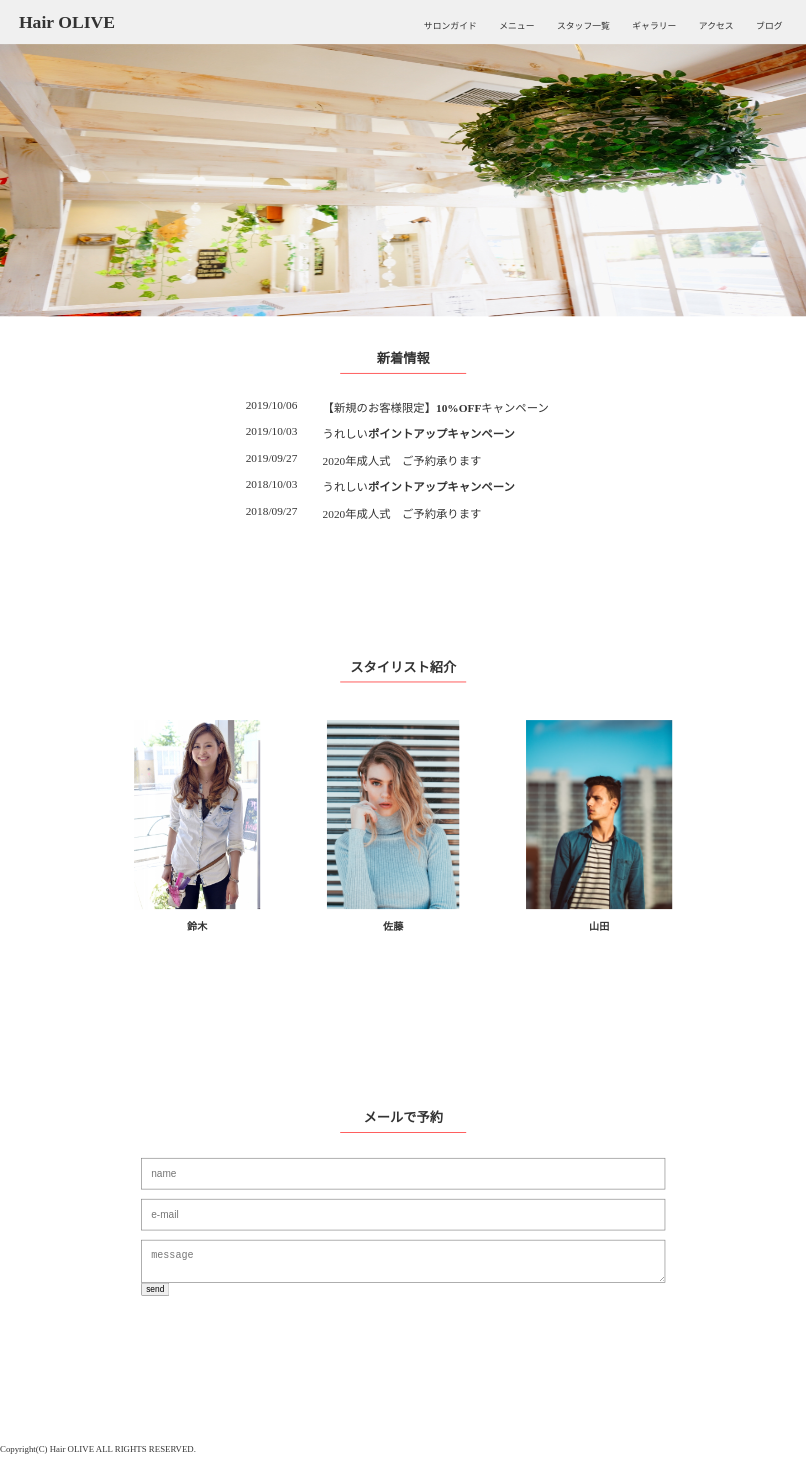
Repository: m-mao/firsa_app
Page: html_css/hair_olive/index.html
The author's editor kept a record of every edit. The page is drawn from the files as they stood at one moment, then again after the next edit.
The browser window is 1280 px wide. The pictures show the whole page, at 63% of full size.

Above is the page before.

### html_css/hair_olive/index.html
<!DOCTYPE HTML>
<html>
  <head>
    <meta charset="UTF-8">
    <link rel="stylesheet" href="style.css">
    <title>Hair OLIVE</title>
  </head>
  <body>
  <header>
      <div class="heading">
        <h1 class="title">Hair OLIVE</h1>
      </div>
      <div class="navbar">
        <ul class="nav-lists">
          <li>サロンガイド</li>
          <li>メニュー</li>
          <li>スタッフ一覧</li>
          <li>ギャラリー</li>
          <li>アクセス</li>
          <li>ブログ</li>
        </ul>
      </div>
  </header>

  <div class="contents">
      <div class="first-view">
        <img src="images/hero.jpg" alt="トップ画面" class="top-image"></img>
      </div>
      <div class="upper-content">
        <h2 class="heading-name">新着情報</h2>
        <ul class="messages">
          <li class="message">
            <div class="message-date">2019/10/06</div>
            <div>【新規のお客様限定】<b>10%OFF</b>キャンペーン</div>
          </li>
          <li class="message">
            <div class="message-date">2019/10/03</div>
            <div>うれしい<b>ポイントアップキャンペーン</b></div>
          </li>
          <li class="message">
            <div class="message-date">2019/09/27</div>
            <div>2020年成人式　ご予約承ります</div>
          </li>
          <li class="message">
            <div class="message-date">2018/10/03</div>
            <div>うれしい<b>ポイントアップキャンペーン</b></div>
          </li>
          <li class="message">
            <div class="message-date">2018/09/27</div>
            <div>2020年成人式　ご予約承ります</div>
          </li>
        </ul>
      </div>
      <div class="middle-content">
        <h2 class="heading-name">スタイリスト紹介</h2>
        <ul class="stylist-list">
          <li>
            <img src="images/staff1.jpg" alt="staff1" class=stylist-image>
            <h4 class="stylist-name">鈴木</h4>
          </li>
          <li>
            <img src="images/staff2.jpg" alt="staff2" class=stylist-image>
            <h4 class="stylist-name">佐藤</h4>
          </li>
          <li>
            <img src="images/staff3.jpg" alt="staff3" class=stylist-image>
            <h4 class="stylist-name">山田</h4>
          </li>
        </ul>
      </div>
      <div class="bottom-content">
        <form class="contact-form">
          <h2 class="heading-name">メールで予約</h2>
          <input type="text" placeholder="name" class="small-field">
          <input type="text" placeholder="e-mail" class="small-field">
          <textarea placeholder="message" class="large-field"></textarea>
          <input type="submit" value="send" class="send"/>
        </form>
        <!-- 『フォーム』を表示する -->
      </div>
    </div>
    <footer>
      <p>Copyright(C) Hair OLIVE ALL RIGHTS RESERVED.</p>
    </footer>
  </body>
</html>

### html_css/hair_olive/style.css
/* リセットCSS */
body {
  font-size: 14px;
  color: #333;
  margin: 0 auto;
}
h1,h2,h3,h4,h5,h6,p {
  padding: 10px 0;
  margin: 0;
}

ul,li {
  padding: 0;
  margin: 0;
}

/* ヘッダー */
header {
    height: 50px;
    background-color: #f0f0f0;
    padding: 10px 0;
    display: flex;
}

.heading {
    width: 50%;
    margin-left: 30px;
}

.navbar {
    width: 50%;
    padding: 20px;
}

.nav-lists {
    display: flex;
    justify-content: space-around;
}

li {
    list-style: none;
}

/* first-viewクラスからbottom-contentクラスまでの要素の親要素*/
.contents {
    background-color: white;
}

.first-view {
    height: 60vh;
    background-color: pink;
}

.top-image {
    height: 100%;
    width: 100%;
}

/* 新着情報 */
.upper-content {
    height:450px;
    margin: 0 160px;
}

.heading-name {
    text-align: center;
    border-bottom: 1px solid red;
    width: 200px;
    margin: 40px auto;
}

.messages {
    width: 50vw;
    margin: 0 auto;
}

.message {
    display: flex;
    font-size: 18px;
    margin: 0 0 16px 70px;
}

.message-date {
    padding-right: 40px;
}

/* スタイリスト紹介 */
.middle-content {
    height:450px;
    margin: 0 160px;
}

.stylist-list {
    display: flex;
    justify-content: space-around;
    margin: 60px 0;
}

.stylist-image {
    height: 300px;
}

.stylist-name {
    font-size: 16px;
    text-align: center;
}

/* フォーム */
.bottom-content {
    height:800px;
    margin: 0 160px;
    display: flex;
    justify-content: center;
    align-items: center;
}

.small-field,
.large-field {
  width: 800px;
  font-size: 16px;
  padding: 15px;
  border: 1px solid gray;
  display: block;
}

.small-field {
  margin: 0 auto 15px;
}

.message-form {
  height: 150px;
  margin-bottom: 30px;
}


/* フッター */
footer {
    height:50px;
    background-color: white;
}

After the next edit:
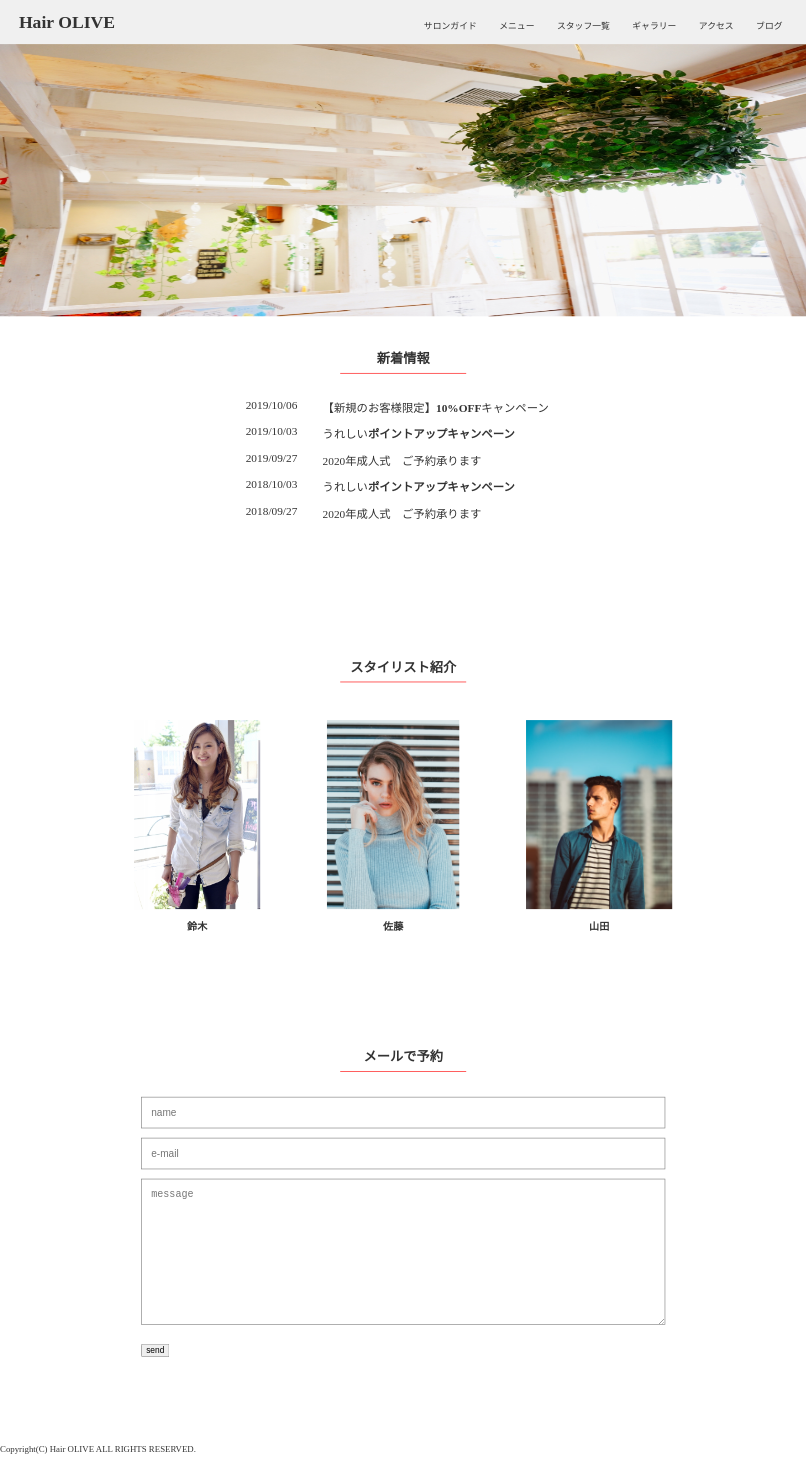
The edit:
--- a/html_css/hair_olive/style.css
+++ b/html_css/hair_olive/style.css
@@ -127,9 +127,9 @@
   margin: 0 auto 15px;
 }
 
-.message-form {
-  height: 150px;
-  margin-bottom: 30px;
+.large-field {
+  height: 200px;
+  margin: 0 auto 30px;
 }
 
 
